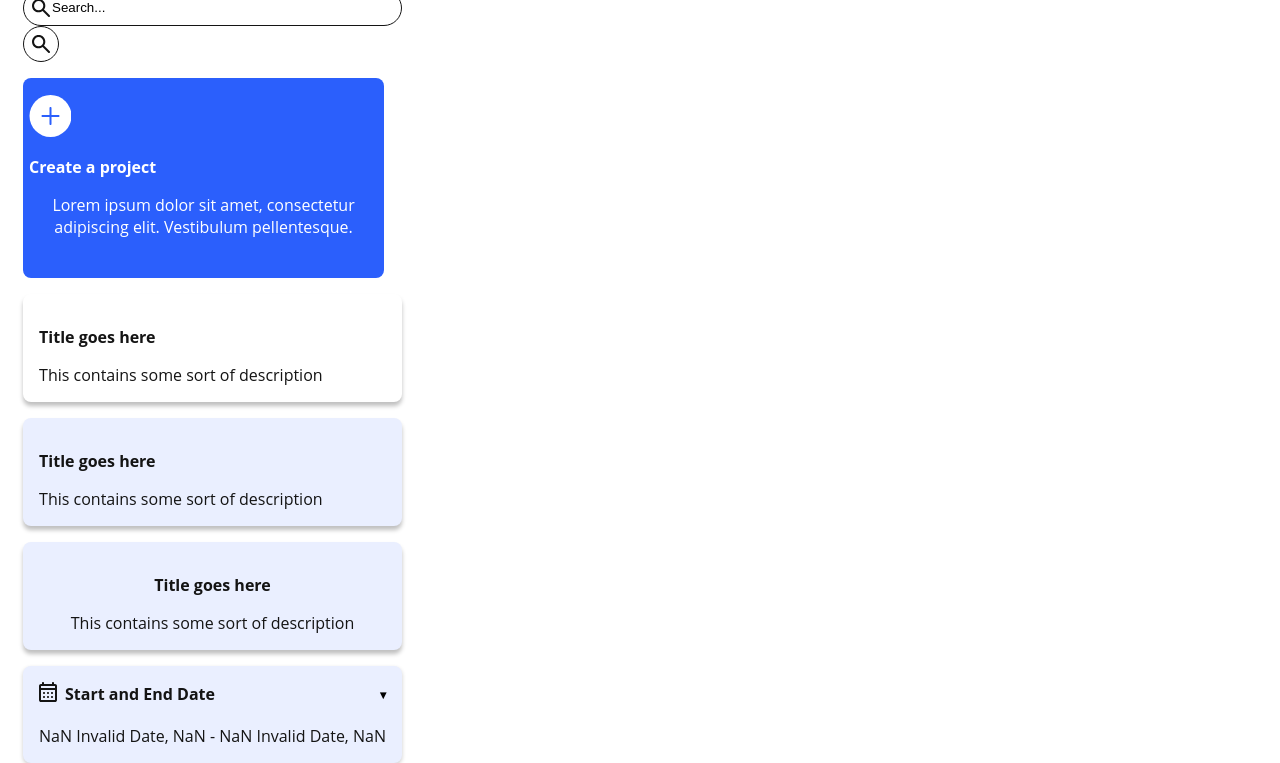
Repository: brunaguarizo/mosaic_app
Page: /
These files come from the project's save history. The page is drawn as it stood at one moment and after the next save; the edit follows.
The browser window is 1280 px wide. The pictures show the whole page.
The project was rebuilt for these pictures with package versions that can differ from the ones it lists, and the page was loaded fresh each time. The framework's server and built-in components were replaced by stand-ins that run in the browser. Also part of the build but not shown: next.config.mjs, app/_ui/navbar/navbar.js, app/_ui/Button/Button.js, app/_ui/Tag/Tag.js, app/_ui/Project_card/Project_card.js, app/_ui/Date_PopUp/Date_PopUp.module.css, app/_ui/Date_PopUp/Date_PopUp.js.

Above is the page before, as saved 2025-04-18 19:02:30.

### app/globals.css
/* ------------------------------------------------------ GENERAL STYLES ------------------------------------------------------ */
*,
*::before,
*::after {
    box-sizing: inherit;
}

html,
body {
    padding: 0;
    margin: 0;
    font-family: var(--font-family);
    box-sizing: border-box;
}

html {
    display: flex;
    justify-content: center;
    align-items: center;
    width: 393px;
    height: 100%;
    margin: var(--space-regular);
}

.container {
}

.two-column {
    display: grid;
    grid-template-columns: 1fr 1fr;
    gap: var(--space-large);
}

/* ------------------------------------------------------ VARIABLES ------------------------------------------------------ */
:root {
    /* ----- COLORS ----- */
    --blue-primary: rgb(43, 95, 252);
    --blue-50: rgb(234, 239, 255);
    --blue-900: rgb(18, 40, 106);
    --white: #ffffff;
    --black: rgb(20, 20, 20);
    --grey-400: rgb(67, 67, 67);
    --yellow-secondary: rgb(255, 218, 1);
    --orange-secondary: rgb(255, 94, 9);
    --green-secondary: rgb(0, 193, 79);
    --purple-secondary: rgb(154, 65, 255);

    /* ----- TYPE ----- */
    --font-family: "Open Sans", sans-serif;

    --header-xxlarge-size: 88px;
    --title-section-font-size: 30px;
    --button-font-size: 24px;
    --body-text-font-size: 20px;
    --menu-font-size: 16px;
    --label-font-size: 12px;

    --font-style-normal: normal;
    --font-weight-bold: bold;

    --line-height-xxlarge: 100px;
    --line-height-large: 36px;
    --line-height-medium: 28px;
    --line-height-small: 20px;

    /* ----- SPACING ----- */
    --space-small: 8px;
    --space-regular: 16px;
    --space-medium: 32px;
    --space-large: 48px;
    --space-extra-large: 140px;
}

### app/_ui/navbar/navbar.module.css

.nav {
    width: 393px;
    height: 72px;
    justify-content: center;
    align-items: center;
    display: flex;
    flex-direction: row;
    padding: 0;
    margin: 0;
    gap: var(--space-large);
    border-top: 1px solid var(--grey-50);
}

.navbar__item {
    display: flex;
    flex-direction: column;
    justify-content: center;
    align-items: center;
    gap: 4px;
    text-decoration: none;
    width: 60px;
    height: 44px;
    padding-left: 32px;
    padding-right: 32px;
    margin: 0;
}

.navbar__icon {
    max-width: 16px;
    padding: 0;
    margin: 0;
    fill: var(--black);
}

.navbar__text {
    color: var(--black);
    font-size: var(--label-font-size);
    font-weight: var(--font-weight-400);
    line-height: var(--line-height-small);
    text-decoration: none;
    padding: 0;
    margin: 0;
}

.navbar__item:hover .navbar__text,
.navbar__item:hover .navbar__icon,
.navbar__item:active .navbar__text,
.navbar__item:active .navbar__icon {
  color: var(--blue-primary);
  fill: var(--blue-primary);
}

/* ------------------------------------------------------ VARIABLES ------------------------------------------------------ */
:root {
    /* ----- COLORS ----- */
    --blue-primary: rgb(43,95,252);
    --blue-50: rgb(234, 239, 255);
    --blue-900: rgb(18, 40, 106);
    --white: #FFFFFF;
    --grey-50: #E8E8E8;
    --black: rgb(20, 20, 20);
    --grey-400: rgb(67, 67, 67);
    --yellow-secondary: rgb(255, 218, 1);
    --orange-secondary: rgb(255, 94, 9);
    --green-secondary: rgb(0, 193, 79);
    --purple-secondary: rgb(154, 65, 255);

    /* ----- TYPE ----- */
    --font-family: "Open Sans", sans-serif;

    --header-xxlarge-size: 88px;
    --title-section-font-size: 30px;
    --button-font-size: 24px;
    --body-text-font-size: 20px;
    --menu-font-size: 16px;
    --label-font-size: 12px;

    --font-style-normal: normal;
    --font-weight-bold: bold;

    --line-height-xxlarge: 100px;
    --line-height-large: 36px;
    --line-height-medium: 28px;
    --line-height-small: 20px;

    /* ----- SPACING ----- */
    --space-small: 8px;
    --space-regular: 16px;
    --space-medium: 32px;
    --space-large: 48px;
    --space-extra-large: 88px;
  }

### app/_ui/Project_card/Project_card.module.css
.card__container {
    display: flex;
    flex-direction: column;
    justify-content: center;
    align-items: center;
    background-color: var(--blue-50);
    border-radius: var(--space-small);
    padding: var(--space-regular);
    gap: var(--space-regular);
}

.card__menu {
    width: 100%;
    display: flex;
    justify-content: flex-end;
    padding: 0;
    margin: 0;
}

.card__icon {
    fill: var(--blue-primary);
    padding: 0;
    margin: 0;

    &:hover {
        fill: var(--blue-900);
    }
}

.card__title {
    font-family: var(--font-family);
    font-size: var(--font-size-regular);
    font-weight: var(--font-weight-bold);
    color: var(--black);
    padding: 0;
    margin: 0;
}

.card__text {
    font-family: var(--font-family);
    font-size: var(--font-size-small);
    font-weight: var(--font-weight-regular);
    color: var(--black);
    text-align: center;
    padding: 0;
    margin: 0;
    max-width: 220px;
}

.date {
    display: flex;
    align-items: center;
    gap: var(--space-small);
    padding: 0;
    margin: 0;
}

.date__icon {
    fill: var(--black);
    padding: 0;
    margin: 0;
}

/* ------------------------------------------------------ VARIABLES ------------------------------------------------------ */
:root {
    /* ----- COLORS ----- */
    --blue-primary: rgb(43, 95, 252);
    --blue-50: rgb(234, 239, 255);
    --blue-100: #bdcdfe;
    --blue-900: rgb(18, 40, 106);
    --white: #ffffff;
    --black: rgb(20, 20, 20);
    --grey-400: rgb(67, 67, 67);
    --yellow-secondary: rgb(255, 218, 1);
    --orange-secondary: rgb(255, 94, 9);
    --green-secondary: rgb(0, 193, 79);
    --purple-secondary: rgb(154, 65, 255);

    /* ----- TYPE ----- */
    --font-family: "Open Sans", sans-serif;

    --font-size-extra-large: 30px;
    --font-size-large: 24px;
    --font-size-medium: 20px;
    --font-size-regular: 16px;
    --font-size-small: 12px;

    --font-style-normal: normal;
    --font-weight-bold: bold;

    --line-height-xxlarge: 100px;
    --line-height-large: 36px;
    --line-height-medium: 28px;
    --line-height-small: 20px;

    /* ----- SPACING ----- */
    --space-small: 8px;
    --space-regular: 16px;
    --space-medium: 32px;
    --space-large: 48px;
    --space-extra-large: 140px;
}

### app/_ui/Button/Button.module.css
.button {
    font-family: var(--font-family);
    font-size: var(--font-size-regular);
    font-weight: var(--font-weight-bold);
    width: 100%;
    padding-top: var(--space-small);
    padding-left: var(--space-regular);
    padding-right: var(--space-regular);
    padding-bottom: var(--space-small);
    border-radius: 100px;
    align-items: center;
    border: none;

    &:hover {
        background-color: var(--blue-900);
        color: var(--white);
    }
}

.primary {
    background: var(--blue-primary);
    color: var(--white);
}

.secondary {
    background-color: var(--white);
    border: 1px solid var(--blue-primary);
    color: var(--blue-primary);
}

.disabled {
    pointer-events: none;
    color: var(--white);
    background-color: var(--blue-100);
}

.small {
    font-size: var(--font-size-small);
    padding: var(--space-small);
    align-items: center;
}

.large {
    font-size: var(--font-size-large);
    padding: var(--space-regular);
}

.error {
    background-color: var(--orange-secondary);
}

/* ------------------------------------------------------ VARIABLES ------------------------------------------------------ */
:root {
    /* ----- COLORS ----- */
    --blue-primary: rgb(43, 95, 252);
    --blue-50: rgb(234, 239, 255);
    --blue-100: #bdcdfe;
    --blue-900: rgb(18, 40, 106);
    --white: #ffffff;
    --black: rgb(20, 20, 20);
    --grey-400: rgb(67, 67, 67);
    --yellow-secondary: rgb(255, 218, 1);
    --orange-secondary: rgb(255, 94, 9);
    --green-secondary: rgb(0, 193, 79);
    --purple-secondary: rgb(154, 65, 255);

    /* ----- TYPE ----- */
    --font-family: "Open Sans", sans-serif;

    --font-size-extra-large: 30px;
    --font-size-large: 24px;
    --font-size-medium: 20px;
    --font-size-regular: 16px;
    --font-size-small: 12px;

    --font-style-normal: normal;
    --font-weight-bold: bold;

    --line-height-xxlarge: 100px;
    --line-height-large: 36px;
    --line-height-medium: 28px;
    --line-height-small: 20px;

    /* ----- SPACING ----- */
    --space-small: 8px;
    --space-regular: 16px;
    --space-medium: 32px;
    --space-large: 48px;
    --space-extra-large: 140px;
}

### app/_ui/Date_Card/Date_Card.module.css
.card {
    background-color: var(--blue-50);
    border-radius: var(--space-small);
    padding: var(--space-regular);
    gap: var(--space-regular);
    box-shadow: 0 2px 4px rgba(0, 0, 0, 0.2);
    font-family: var(--font-family);
    cursor: pointer;
    display: flex;
    flex-direction: column;
    width: fit-content;
}

.header {
    display: flex;
    align-items: center;
    gap: var(--space-small);
    font-size: var(--font-size-regular);
    font-weight: var(--font-weight-bold);
    color: var(--black);
}

.label {
    flex-grow: 1;
}

.arrow {
    font-size: var(--font-size-small);
    color: black;
}

.arrow:hover {
    font-size: var(--font-size-small);
    color: var(--blue-primary);
}

.dateRange {
    margin-top: 2px;
    font-size: var(--font-size-regular);
    color: var(--black);
}

/* ------------------------------------------------------ VARIABLES ------------------------------------------------------ */
:root {
    /* ----- COLORS ----- */
    --blue-primary: rgb(43, 95, 252);
    --blue-50: rgb(234, 239, 255);
    --blue-100: #bdcdfe;
    --blue-900: rgb(18, 40, 106);
    --white: #ffffff;
    --black: rgb(20, 20, 20);
    --grey-400: rgb(67, 67, 67);
    --yellow-secondary: rgb(255, 218, 1);
    --orange-secondary: rgb(255, 94, 9);
    --green-secondary: rgb(0, 193, 79);
    --purple-secondary: rgb(154, 65, 255);

    /* ----- TYPE ----- */
    --font-family: "Open Sans", sans-serif;

    --font-size-extra-large: 30px;
    --font-size-large: 24px;
    --font-size-medium: 20px;
    --font-size-regular: 16px;
    --font-size-small: 12px;

    --font-style-normal: normal;
    --font-weight-bold: bold;

    --line-height-xxlarge: 100px;
    --line-height-large: 36px;
    --line-height-medium: 28px;
    --line-height-small: 20px;

    /* ----- SPACING ----- */
    --space-small: 8px;
    --space-regular: 16px;
    --space-medium: 32px;
    --space-large: 48px;
    --space-extra-large: 140px;
}

### app/_ui/Create_Project_Button/Create_Project_Button.module.css
.button_background {
    background-color: var(--blue-primary);
    border-radius: var(--space-small);
    border: none;
    width: 361px;
    height: 200px;
    display: flex;
    flex-direction: column;
    margin-top: var(--space-regular);
}

.button_icon {
    width: 42px;
    height: 42px;
    align-self: center;
    box-sizing: content-box;
    margin-top: var(--space-regular);
}

.button_heading {
    text-align: center;
    font-family: "Open Sans", sans-serif;
    font-size: var(--menu-font-size);
    font-weight: var(--font-weight-bold);
    color: white;
    padding: 0px;
    border: 0px;
    margin-top: var(--space-regular);
    margin-bottom: 0px;
}

.button_description {
    font-family: "Open Sans", sans-serif;
    font-size: var(--menu-font-size);
    font-style: var(--font-weight-normal);
    color: white;
    border: 0px;
    padding: 0px;
    margin-top: var(--space-regular);
    margin-bottom: 0px;
}
/* ------------------------------------------------------ VARIABLES ------------------------------------------------------ */
:root {
    /* ----- COLORS ----- */
    --blue-primary: rgb(43, 95, 252);
    --blue-50: rgb(234, 239, 255);
    --blue-900: rgb(18, 40, 106);
    --white: #ffffff;
    --grey-50: #e8e8e8;
    --black: rgb(20, 20, 20);
    --grey-400: rgb(67, 67, 67);
    --yellow-secondary: rgb(255, 218, 1);
    --orange-secondary: rgb(255, 94, 9);
    --green-secondary: rgb(0, 193, 79);
    --purple-secondary: rgb(154, 65, 255);

    /* ----- TYPE ----- */
    --font-family: "Open Sans", sans-serif;

    --header-xxlarge-size: 88px;
    --title-section-font-size: 30px;
    --button-font-size: 24px;
    --body-text-font-size: 20px;
    --menu-font-size: 16px;
    --label-font-size: 12px;

    --font-style-normal: normal;
    --font-weight-bold: bold;

    --line-height-xxlarge: 100px;
    --line-height-large: 36px;
    --line-height-medium: 28px;
    --line-height-small: 20px;

    /* ----- SPACING ----- */
    --space-small: 8px;
    --space-regular: 16px;
    --space-medium: 32px;
    --space-large: 48px;
    --space-extra-large: 140px;
}

### app/_ui/Description_Box/Description_Box.module.css
.project_primary {
    display: flex;
    flex-direction: column;
    border-radius: var(--space-small);
    text-align: left;
    padding: var(--space-regular);
    text-align: left;
    margin-top: var(--space-regular);
    margin-bottom: var(--space-regular);
    box-shadow: 0px 4px 4px rgba(0, 0, 0, 0.25);
}
.project_secondary {
    display: flex;
    flex-direction: column;
    border-radius: var(--space-small);
    text-align: left;
    padding: var(--space-regular);
    text-align: left;
    margin-top: var(--space-regular);
    background-color: var(--blue-50);
    box-shadow: 0px 4px 4px rgba(0, 0, 0, 0.25);
}
.description_heading {
    text-align: left;
    font-family: "Open Sans", sans-serif;
    font-size: var(--menu-font-size);
    font-weight: var(--font-weight-bold);
    color: var(--black);
    padding: 0px;
    border: 0px;
    box-sizing: content-box;
    margin-top: var(--space-regular);
    margin-bottom: 0px;
}
.description_body {
    font-family: "Open Sans", sans-serif;
    font-size: var(--menu-font-size);
    font-style: var(--font-weight-normal);
    color: var(--black);
    margin-top: var(--space-regular);
    margin-bottom: 0px;
}

.conditions {
    display: flex;
    flex-direction: column;
    border-radius: var(--space-small);
    align-items: center;
    padding: var(--space-regular);
    text-align: center;
    background-color: var(--blue-50);
    margin-top: var(--space-regular);
}

/* ------------------------------------------------------ VARIABLES ------------------------------------------------------ */
:root {
    /* ----- COLORS ----- */
    --blue-primary: rgb(43, 95, 252);
    --blue-50: rgb(234, 239, 255);
    --blue-900: rgb(18, 40, 106);
    --white: #ffffff;
    --grey-50: #e8e8e8;
    --black: rgb(20, 20, 20);
    --grey-400: rgb(67, 67, 67);
    --yellow-secondary: rgb(255, 218, 1);
    --orange-secondary: rgb(255, 94, 9);
    --green-secondary: rgb(0, 193, 79);
    --purple-secondary: rgb(154, 65, 255);

    /* ----- TYPE ----- */
    --font-family: "Open Sans", sans-serif;

    --header-xxlarge-size: 88px;
    --title-section-font-size: 30px;
    --button-font-size: 24px;
    --body-text-font-size: 20px;
    --menu-font-size: 16px;
    --label-font-size: 12px;

    --font-style-normal: normal;
    --font-weight-bold: bold;

    --line-height-xxlarge: 100px;
    --line-height-large: 36px;
    --line-height-medium: 28px;
    --line-height-small: 20px;

    /* ----- SPACING ----- */
    --space-small: 8px;
    --space-regular: 16px;
    --space-medium: 32px;
    --space-large: 48px;
    --space-extra-large: 140px;
}

### app/_ui/Search_Bar/Search_Bar.module.css
.primary {
    border: 1px solid var(--black);
    padding: 8px;
    box-sizing: content-box;
    display: flex;
    flex-direction: row;
    border-radius: 100px;
}

.secondary {
    border: 1px solid var(--black);
    border-radius: 100px;
    width: 18px;
}

.visible {
    border: none;
}
.invisible {
    display: none;
}

.search_item {
    border: none;
}

.search_item:focus {
    outline: none;
    box-shadow: none;
}

/* ------------------------------------------------------ VARIABLES ------------------------------------------------------ */
:root {
    /* ----- COLORS ----- */
    --blue-primary: rgb(43, 95, 252);
    --blue-50: rgb(234, 239, 255);
    --blue-900: rgb(18, 40, 106);
    --white: #ffffff;
    --grey-50: #e8e8e8;
    --black: rgb(20, 20, 20);
    --grey-400: rgb(67, 67, 67);
    --yellow-secondary: rgb(255, 218, 1);
    --orange-secondary: rgb(255, 94, 9);
    --green-secondary: rgb(0, 193, 79);
    --purple-secondary: rgb(154, 65, 255);

    /* ----- TYPE ----- */
    --font-family: "Open Sans", sans-serif;

    --header-xxlarge-size: 88px;
    --title-section-font-size: 30px;
    --button-font-size: 24px;
    --body-text-font-size: 20px;
    --menu-font-size: 16px;
    --label-font-size: 12px;

    --font-style-normal: normal;
    --font-weight-bold: bold;

    --line-height-xxlarge: 100px;
    --line-height-large: 36px;
    --line-height-medium: 28px;
    --line-height-small: 20px;

    /* ----- SPACING ----- */
    --space-small: 8px;
    --space-regular: 16px;
    --space-medium: 32px;
    --space-large: 48px;
    --space-extra-large: 140px;
}

### app/_ui/Heading_Bar/Heading_Bar.module.css
.contentInner {
    display: flex;
    flex-direction: column;
    gap: 16px;
}

.row {
    display: flex;
    align-items: center;
}

.heading {
    flex-grow: 1;
    text-align: center;
    font-weight: 500;
    font-size: var(--button-font-size);
}

.icon {
    color: var(--blue-50);
    display: flex;
    align-items: center;
    justify-content: center;
}
.visible {
    display: flex;
}

.hidden {
    display: none;
}

.iconButton {
    background: none;
    border: none;
    cursor: pointer;
    color: var(--blue-50);
    display: flex;
    align-items: center;
    justify-content: center;
    padding: 4px;
}

.iconButton:hover {
    background-color: var(--blue-50);
    border-radius: 50%;
}

.pagination {
    flex-grow: 1;
    text-align: right;
    color: var(--black);
    font-size: 14px;
    padding-right: 8px;
}
/* ------------------------------------------------------ VARIABLES ------------------------------------------------------ */
:root {
    /* ----- COLORS ----- */
    --blue-primary: rgb(43, 95, 252);
    --blue-50: rgb(234, 239, 255);
    --blue-900: rgb(18, 40, 106);
    --white: #ffffff;
    --grey-50: #e8e8e8;
    --black: rgb(20, 20, 20);
    --grey-400: rgb(67, 67, 67);
    --yellow-secondary: rgb(255, 218, 1);
    --orange-secondary: rgb(255, 94, 9);
    --green-secondary: rgb(0, 193, 79);
    --purple-secondary: rgb(154, 65, 255);

    /* ----- TYPE ----- */
    --font-family: "Open Sans", sans-serif;

    --header-xxlarge-size: 88px;
    --title-section-font-size: 30px;
    --button-font-size: 24px;
    --body-text-font-size: 20px;
    --menu-font-size: 16px;
    --label-font-size: 12px;

    --font-style-normal: normal;
    --font-weight-bold: bold;

    --line-height-xxlarge: 100px;
    --line-height-large: 36px;
    --line-height-medium: 28px;
    --line-height-small: 20px;

    /* ----- SPACING ----- */
    --space-small: 8px;
    --space-regular: 16px;
    --space-medium: 32px;
    --space-large: 48px;
    --space-extra-large: 140px;
}

### app/_ui/Tag/Tag.module.css
.tag {
    font-family: var(--font-family);
    font-size: var(--font-size-small);
    font-weight: var(--font-weight-regular);
    width: 80px;
    padding: var(--space-extra-small);
    border-radius: 100px;
    border: none;
    background-color: var(--orange-secondary);

    display: flex;
    justify-content: center;
    align-items: center;
    text-align: center;
}

/* ------------------------------------------------------ VARIABLES ------------------------------------------------------ */
:root {
    /* ----- COLORS ----- */
    --blue-primary: rgb(43, 95, 252);
    --blue-50: rgb(234, 239, 255);
    --blue-100: #bdcdfe;
    --blue-900: rgb(18, 40, 106);
    --white: #ffffff;
    --black: rgb(20, 20, 20);
    --grey-400: rgb(67, 67, 67);
    --yellow-secondary: rgb(255, 218, 1);
    --orange-secondary: rgb(255, 94, 9);
    --green-secondary: rgb(0, 193, 79);
    --purple-secondary: rgb(154, 65, 255);

    /* ----- TYPE ----- */
    --font-family: "Open Sans", sans-serif;

    --font-size-extra-large: 30px;
    --font-size-large: 24px;
    --font-size-medium: 20px;
    --font-size-regular: 16px;
    --font-size-small: 12px;

    --font-style-normal: normal;
    --font-weight-bold: bold;

    --line-height-xxlarge: 100px;
    --line-height-large: 36px;
    --line-height-medium: 28px;
    --line-height-small: 20px;

    /* ----- SPACING ----- */
    --space-extra-small: 4px;
    --space-small: 8px;
    --space-regular: 16px;
    --space-medium: 32px;
    --space-large: 48px;
    --space-extra-large: 140px;
}

### app/page.module.css
.page {
    --gray-rgb: 0, 0, 0;
    --gray-alpha-200: rgba(var(--gray-rgb), 0.08);
    --gray-alpha-100: rgba(var(--gray-rgb), 0.05);

    --button-primary-hover: #383838;
    --button-secondary-hover: #f2f2f2;

    display: grid;
    grid-template-rows: 20px 1fr 20px;
    align-items: center;
    justify-items: center;
    min-height: 100svh;
    padding: 80px;
    gap: 64px;
    font-family: var(--font-geist-sans);
}

@media (prefers-color-scheme: dark) {
    .page {
        --gray-rgb: 255, 255, 255;
        --gray-alpha-200: rgba(var(--gray-rgb), 0.145);
        --gray-alpha-100: rgba(var(--gray-rgb), 0.06);

        --button-primary-hover: #ccc;
        --button-secondary-hover: #1a1a1a;
    }
}

.main {
    display: flex;
    flex-direction: column;
    gap: 32px;
    grid-row-start: 2;
}

.main ol {
    font-family: var(--font-geist-mono);
    padding-left: 0;
    margin: 0;
    font-size: 14px;
    line-height: 24px;
    letter-spacing: -0.01em;
    list-style-position: inside;
}

.main li:not(:last-of-type) {
    margin-bottom: 8px;
}

.main code {
    font-family: inherit;
    background: var(--gray-alpha-100);
    padding: 2px 4px;
    border-radius: 4px;
    font-weight: 600;
}

.ctas {
    display: flex;
    gap: 16px;
}

.ctas a {
    appearance: none;
    border-radius: 128px;
    height: 48px;
    padding: 0 20px;
    border: none;
    border: 1px solid transparent;
    transition: background 0.2s, color 0.2s, border-color 0.2s;
    cursor: pointer;
    display: flex;
    align-items: center;
    justify-content: center;
    font-size: 16px;
    line-height: 20px;
    font-weight: 500;
}

a.primary {
    background: var(--foreground);
    color: var(--background);
    gap: 8px;
}

a.secondary {
    border-color: var(--gray-alpha-200);
    min-width: 158px;
}

.footer {
    grid-row-start: 3;
    display: flex;
    gap: 24px;
}

.footer a {
    display: flex;
    align-items: center;
    gap: 8px;
}

.footer img {
    flex-shrink: 0;
}

/* Enable hover only on non-touch devices */
@media (hover: hover) and (pointer: fine) {
    a.primary:hover {
        background: var(--button-primary-hover);
        border-color: transparent;
    }

    a.secondary:hover {
        background: var(--button-secondary-hover);
        border-color: transparent;
    }

    .footer a:hover {
        text-decoration: underline;
        text-underline-offset: 4px;
    }
}

@media (max-width: 600px) {
    .page {
        padding: 32px;
        padding-bottom: 80px;
    }

    .main {
        align-items: center;
    }

    .main ol {
        text-align: center;
    }

    .ctas {
        flex-direction: column;
    }

    .ctas a {
        font-size: 14px;
        height: 40px;
        padding: 0 16px;
    }

    a.secondary {
        min-width: auto;
    }

    .footer {
        flex-wrap: wrap;
        align-items: center;
        justify-content: center;
    }
}

@media (prefers-color-scheme: dark) {
    .logo {
        filter: invert();
    }
}

Loaded but not shown: app/layout.js (common file); app/_ui/Heading_Bar/Heading_Bar.js (110 lines, source omitted); app/_ui/Date_Card/Date_Card.js (50 lines, source omitted); app/_ui/Search_Bar/Search_Bar.js (36 lines, source omitted); app/_ui/Create_Project_Button/Create_Project_Button.js (38 lines, source omitted); app/page.js (41 lines, source omitted); app/_ui/Description_Box/Description_Box.js (18 lines, source omitted)

After the next save:
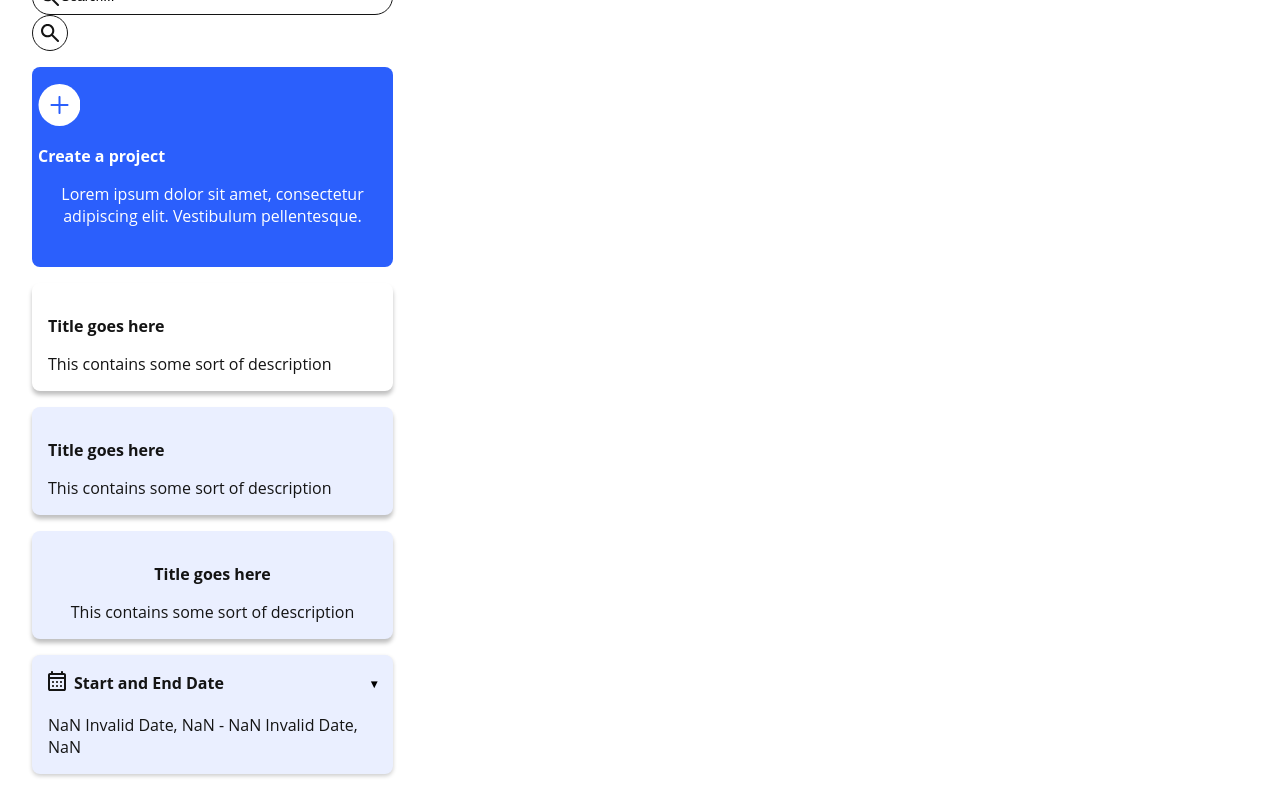
Saved 60 s later.
--- a/app/page.module.css
+++ b/app/page.module.css
@@ -1,3 +1,9 @@
+/* NEW PAGE STYLES */
+.container {
+    margin: 16px;
+}
+/* ------------------------ */
+
 .page {
     --gray-rgb: 0, 0, 0;
     --gray-alpha-200: rgba(var(--gray-rgb), 0.08);
